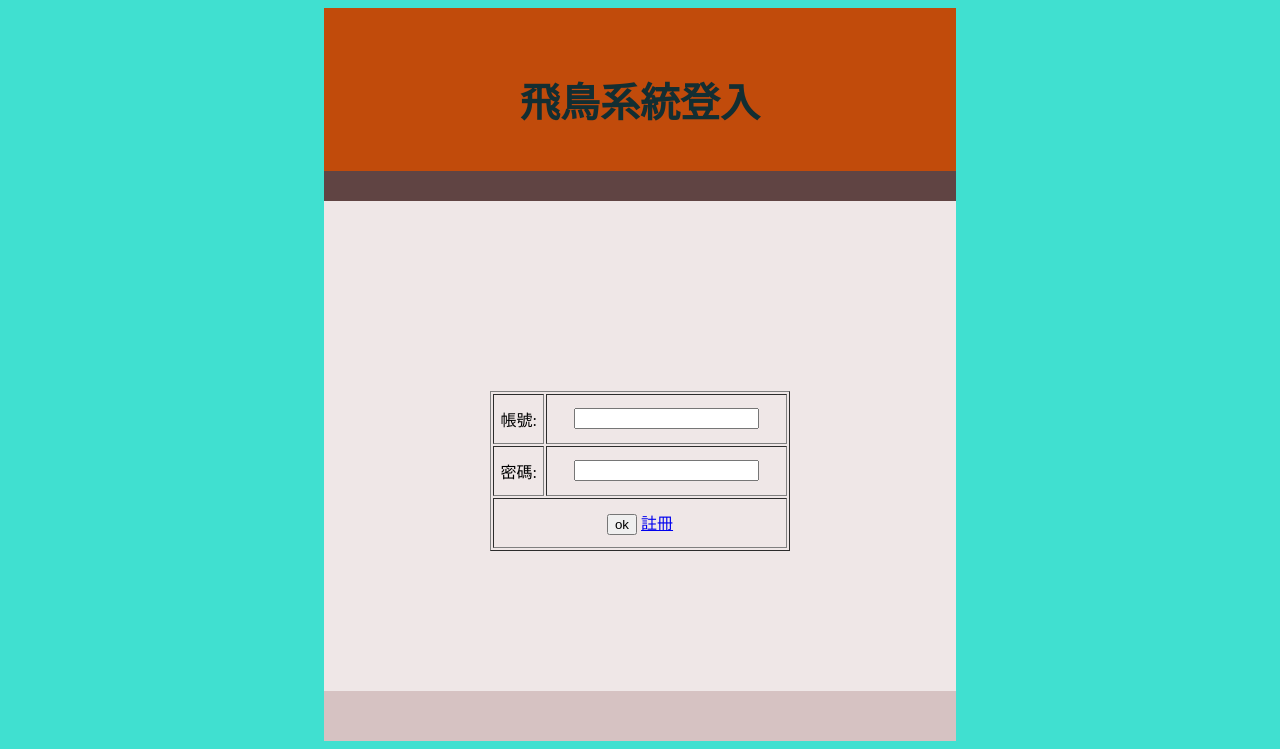
Repository: pride0420/portfolio
Page: Portfolio/1_springBoot/src/main/resources/static/index.html
An editor plug-in stored every save of this project. The page is shown before and after the next save, followed by the edit.
The browser window is 1280 px wide. The pictures show the whole page.

Above is the page before, as saved 2023-11-30 14:41:46.

After the next save:
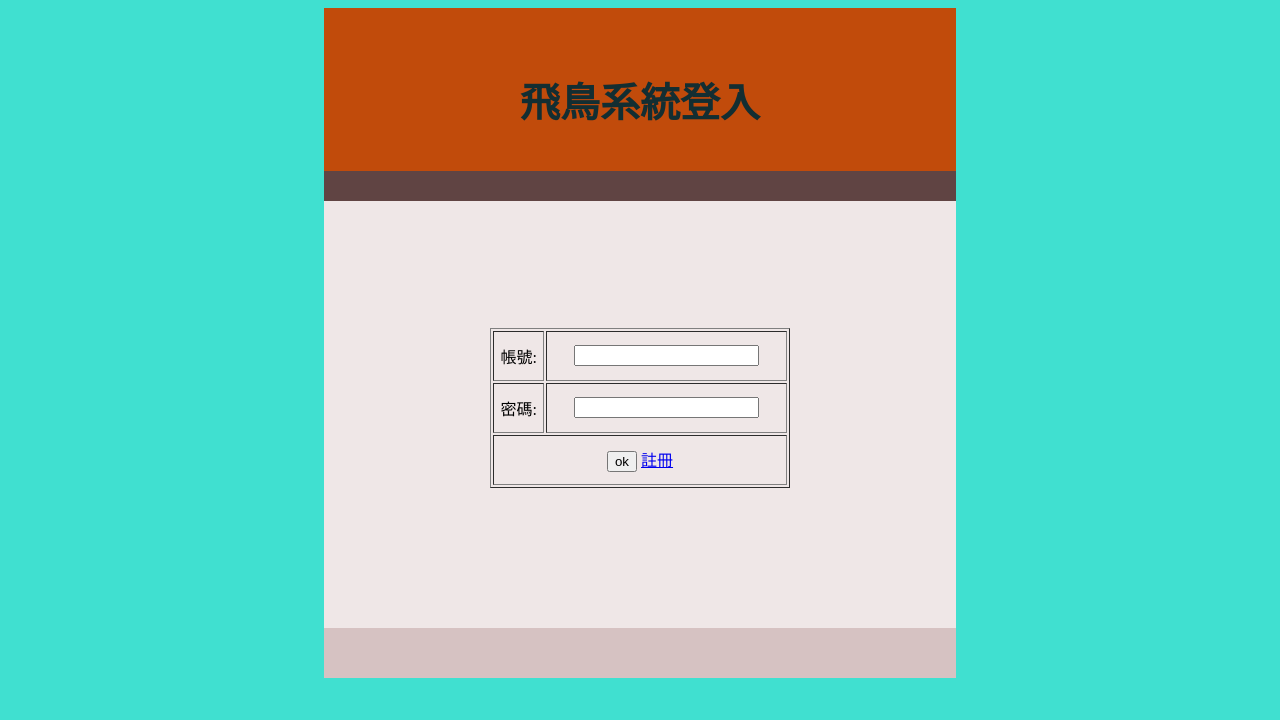
Saved 47 s later.
--- a/Portfolio/1_springBoot/src/main/resources/static/css/index.css
+++ b/Portfolio/1_springBoot/src/main/resources/static/css/index.css
@@ -30,7 +30,7 @@ body{
 	width: 50%;
 	height:300px;
 	margin-left: 25%;
-	padding-top: 15%;
+	padding-top: 10%;
 }
 #footer{
 	background-color:#D6C2C2;
@@ -38,7 +38,6 @@ body{
 	height:50px;
 	margin-left: 25%;
 }
-
 op table{
 	padding-top: 5%;
 	padding-bottom: 5%;
